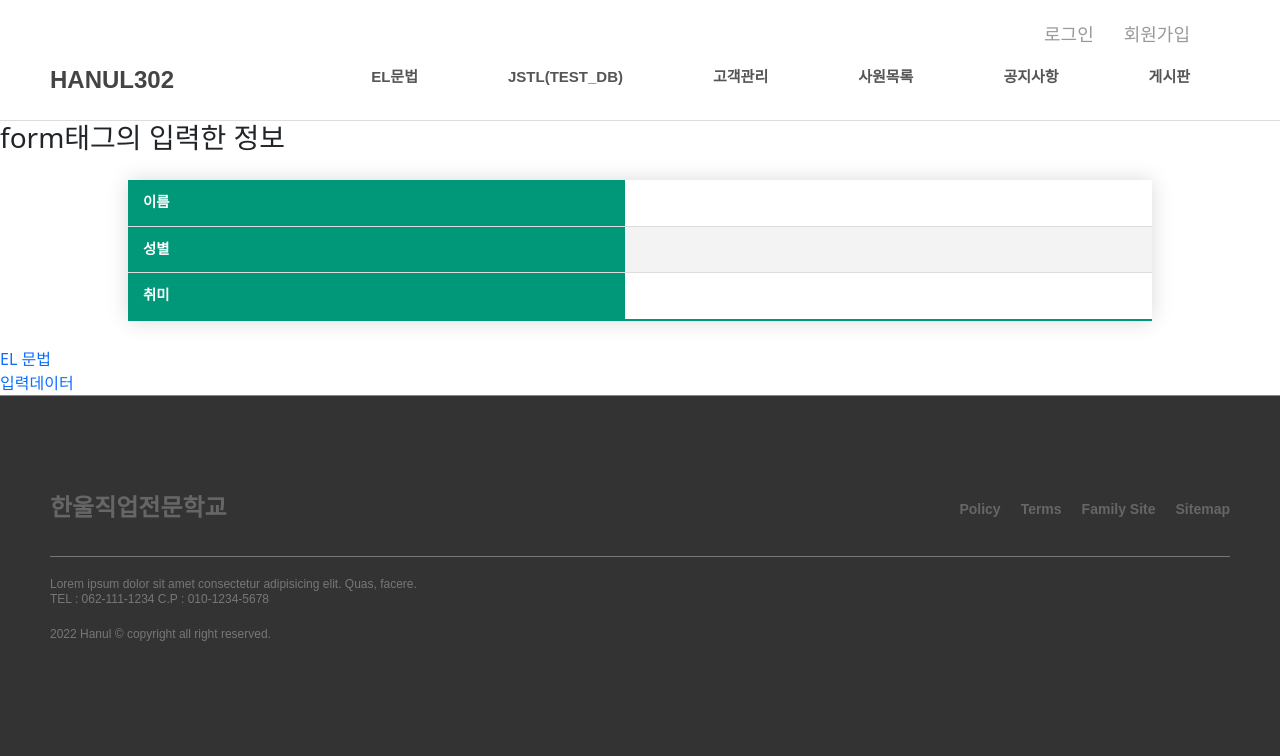
Repository: Xeyeong/servlet
Page: http://localhost/05.MiniProject/el/form_info.jsp
The author's editor kept a copy of each file at every save. The page is drawn from the files as they stood at one save, then again after a run of saves.
The browser window is 1280 px wide. The pictures show the whole page.
Some web libraries are served in a nearby version. The page is served by Tomcat 9. Other server files are loaded and not shown.

Above is the page before, as saved 2022-09-20 02:36:32.

### 05.MiniProject/src/main/webapp/el/form_info.jsp
<%@ page language="java" contentType="text/html; charset=UTF-8"
    pageEncoding="UTF-8"%>
<%request.setCharacterEncoding("utf-8"); %>
<!DOCTYPE html>
<html>
<head>
<meta charset="UTF-8">
<title>Insert title here</title>
</head>
<body>
<jsp:include page="/include/header.jsp"/>
	<h3>form태그의 입력한 정보</h3>
<table class="styled-table">
		<tr>
			<th class="w-px1400">이름</th>
			<td>${param.name }</td>
		</tr>
		<tr>
		<th>성별</th>
			<td>${param.gender }</td>
			<td></td>
		</tr>
		<tr>
			<th>취미</th>
			<td>${paramValues.hobby[0]}</td>
		</tr>
</table>

<div><a href="list.el">EL 문법</a></div>
<div><a href="form.el">입력데이터</a></div>
<jsp:include page="/include/footer.jsp"/>
</body>
</html>

### 05.MiniProject/src/main/webapp/include/header.jsp
<%@ page language="java" contentType="text/html; charset=UTF-8"
    pageEncoding="UTF-8"%>
<!DOCTYPE html>
<html>
<head>
<meta charset="UTF-8">
<meta http-equiv="X-UA-Compatible" content="IE=CHROME">
<meta name="viewport" content="width=device-width, initial-scale=1.0">
<title>실습용 테마</title>
<link rel="icon" href="favicon.ico" type="image/x-icon">
<script src="https://kit.fontawesome.com/c47106c6a7.js"
	crossorigin="anonymous"></script>
<link rel="stylesheet" href="css/style.css?<%=new java.util.Date()%>">
<link rel="stylesheet" href="css/common.css?<%=new java.util.Date()%>">
<script src="js/ie.js"></script>
<link
	href="https://cdn.jsdelivr.net/npm/bootstrap@5.2.0-beta1/dist/css/bootstrap.min.css"
	rel="stylesheet"
	integrity="sha384-0evHe/X+R7YkIZDRvuzKMRqM+OrBnVFBL6DOitfPri4tjfHxaWutUpFmBp4vmVor"
	crossorigin="anonymous">
<script
	src="https://cdn.jsdelivr.net/npm/bootstrap@5.2.0-beta1/dist/js/bootstrap.bundle.min.js"
	integrity="sha384-pprn3073KE6tl6bjs2QrFaJGz5/SUsLqktiwsUTF55Jfv3qYSDhgCecCxMW52nD2"
	crossorigin="anonymous"></script>
<script src="https://code.jquery.com/jquery-3.6.0.min.js"></script>
</head>
<body>
	<header>
		<div class="inner">
			<h1>
				<a href="#">HANUL302</a>
			</h1>
			<ul id="gnb">
				<li><a href="list.el">EL문법</a></li>
				<li><a href="list.te">JSTL(TEST_DB)</a></li>
				<li><a href="list.cu">고객관리</a></li>
				<li><a href="#">사원목록</a></li>
				<li><a href="#">공지사항</a></li>
				<li><a href="#">게시판</a></li>
			</ul>



			<ul class="util">
				<li><a href="#">로그인</a></li>
				<li><a href="#">회원가입</a></li>
			</ul>

		</div>

	</header>
</body>
</html>

### 05.MiniProject/src/main/webapp/include/footer.jsp
<%@ page language="java" contentType="text/html; charset=UTF-8"
    pageEncoding="UTF-8"%>
<footer>
		<div class="inner">
			<div class="upper">
				<h1>한울직업전문학교</h1>
				<ul>
					<li><a href="#">Policy</a></li>
					<li><a href="#">Terms</a></li>
					<li><a href="#">Family Site</a></li>
					<li><a href="#">Sitemap</a></li>
				</ul>
			</div>
			<div class="lower">
				<address>
					Lorem ipsum dolor sit amet consectetur adipisicing elit. Quas,
					facere.<br> TEL : 062-111-1234 C.P : 010-1234-5678
				</address>
				<p>2022 Hanul &copy; copyright all right reserved.</p>
			</div>
		</div>
</footer>

### 05.MiniProject/src/main/webapp/css/style.css
@charset 'utf-8';


* {
	margin: 0px;
	padding: 0px;
	box-sizing: border-box;
}
ul,
ol {
	list-style: none;
}
a {
	text-decoration: none;
}

/* header */
header {
	width: 100%;
	border-bottom: 1px solid #ddd;
}
header .inner {
	width: 1180px;
	height: 120px;
	margin: 0px auto;
	position: relative; /*자식 absolute 요소의 기준점 설정*/
}
header .inner h1 {
	position: absolute;
	left: 0px;
	bottom: 15px;
}
header .inner h1 a {
	font: bold 24px/1 "arial";
	color: #444;
}
header .inner .util {
	position: absolute;
	top: 20px;
	right: 30px;
}
header .inner .util li {
	float: left;
}
header .inner .util li a {
	display: block;
	font: 18px "arial";
	color: #999;
	padding: 0px 10px;
}
header .inner #gnb {
	position: absolute;
	bottom: 0px;
	right: 0px;
}
header .inner #gnb li {
	float: left;
}
header .inner #gnb li a {
	display: block; /*인라인 요소는 block설정하여 크기를 조절가능*/
	font: bold 15px/1 "arial";
	color: #555;
	padding: 20px 40px;
	transition: all 0.5s;
}
header .inner #gnb li a:hover {
	background: #555;
	color: #fff;
}
figure {
	width: 100%;
	height: calc(100vh - 120px); /*전체 브라우저 높이에서 120px만큼 빼줌*/
	background: #000;
	position: relative;
	overflow: hidden;
	padding-top: 250px;
}
figure video {
	object-fit: cover; /*영상을 figure안쪽에 꽉 차도록 설정*/
	width: 100%;
	height: 100%;
	opacity: 0.3;
	position: absolute;
	top: 0px;
	left: 0px;
}
figure .inner {
	width: 1180px;
	margin: 0px auto;
	position: relative;
}
figure .inner h1 {
	font: normal 120px/1 "arial";
	color: #fff;
	margin-bottom: 20px;
}
figure .inner p {
	font: 16px/1.4 "arial";
	color: #888;
	margin-bottom: 60px;
}
figure .inner a {
	display: block;
	width: 400px;
	height: 30px;
	border: 1px solid #bbb;
	font: bold 11px/30px "arial";
	color: #fff;
	text-align: center;
	letter-spacing: 1px;
	transition: all 0.5s;
}
figure .inner a:hover {
	background: #fff;
	color: #555;
}
/* news */
section {
	width: 100%;
	padding: 200px 0px;
}
section .inner {
	width: 1180px;
	margin: 0px auto;
}
section .inner h1 {
	font: bold 24px/1 "arial";
	color: #555;
	text-align: center;
	margin-bottom: 50px;
}
section .inner .wrap {
	width: 100%;
}
section .inner .wrap::after {
	/*자식 요소인 article의 float해제*/
	content: "";
	display: block;
	clear: both;
}
section .inner .wrap article {
	width: 32%;
	float: left;
	margin-right: 20px;
}
section .inner .wrap article:last-child {
	/*제일 오른쪽 마지막 요소만 여백제거*/
	margin-right: 0px;
}
section .inner .wrap article h2 {
	margin-bottom: 10px;
}
section .inner .wrap article h2 a {
	font: bold 16px/1 "arial";
	color: #555;
}
section .inner .wrap article p {
	font: 14px/1.4 "arial";
	color: #777;
}
section .inner .wrap article .pic {
	width: 100%;
	height: 120px;
	background: #333;
	margin-bottom: 15px;
	position: relative;
	overflow: hidden;
}
section .inner .wrap article .pic img {
	object-fit: cover; /*pic프레임안에 이미지 꽉 채움*/
	width: 100%;
	height: 100%;
}
/* footer */
footer {
	width: 100%;
	background: #333;
	padding: 100px 0px;
	border-top: 1px solid #888;
}
footer .inner {
	width: 1180px;
	margin: 0px auto;
}
footer .inner .upper {
	width: 100%;
	border-bottom: 1px solid #777;
	padding-bottom: 20px;
}
footer .inner .upper::after {
	/*상단 영역 float해제*/
	content: "";
	display: block;
	clear: both;
}
footer .inner .upper h1 {
	float: left;
	font: bold 24px/1 "arial";
	color: #666;
}
footer .inner .upper ul {
	float: right;
}
footer .inner .upper ul li {
	float: left;
	margin-left: 20px;
}
footer .inner .upper ul li a {
	font: bold 14px/1 "arial";
	color: #666;
}
footer .inner .lower {
	width: 100%;
	padding-top: 20px;
}
footer .inner .lower address {
	width: 100%;
	font: 12px/1.3 "arial";
	color: #777;
	margin-bottom: 20px;
}
footer .inner .lower p {
	width: 100%;
	font: 12px/1 "arial";
	color: #777;
}

.styled-table {
	width: 80%;
    border-collapse: collapse;
    margin: 2% 10% 2% 10% ;
    font-size: 0.9em;
    font-family: sans-serif;
    min-width: 400px;
    box-shadow: 0 0 20px rgba(0, 0, 0, 0.15);

}

.styled-table thead tr {
    background-color: #009879;
    color: #ffffff;
    text-align: left;
}
table th{
	background-color: #6d6b6b!important;  color : #fff;
}
.styled-table th,
.styled-table td {
    padding: 12px 15px;
}

.styled-table tbody tr {
    border-bottom: 1px solid #dddddd;
}

.styled-table tbody tr:nth-of-type(even) {
    background-color: #f3f3f3;
}

.styled-table tbody tr:last-of-type {
    border-bottom: 2px solid #009879;
}

.styled-table tbody tr.active-row {
    font-weight: bold;
    color: #009879;
}



.styled-table {
	width: 80%;
    border-collapse: collapse;
    margin: 2% 10% 2% 10%;
    font-size: 0.9em;
    font-family: sans-serif;
    min-width: 400px;
    box-shadow: 0 0 20px rgba(0, 0, 0, 0.15);
}

.styled-table thead tr {
    background-color: #009879;
    color: #ffffff;
    text-align: left;
}

.styled-table th,
.styled-table td {
    padding: 12px 15px;
}

.styled-table tbody tr {
    border-bottom: 1px solid #dddddd;
}

.styled-table tbody tr:nth-of-type(even) {
    background-color: #f3f3f3;
}

.styled-table tbody tr:last-of-type {
    border-bottom: 2px solid #009879;
}

.styled-table tbody tr.active-row {
    font-weight: bold;
    color: #009879;
}
.list-top{
	width: 80%;
	margin: 2% 10%;
}
input[ type=button ] {
	padding : 2px 10px
}

input[ type=submit ]{
	padding: 2px 10px
}
label:not(:last-child) {
	margin-right: 30px
}

### 05.MiniProject/src/main/webapp/css/common.css
@charset "UTF-8";

ul {
	list-style-type: none;
	align-items: center;
	padding: 0;
}

.center {
	position: absolute;
	left: 50%;
	top: calc(120px + 50%);
	transform: translate(-50%, -50%);
}

.list-top {
	display: flex;
	justify-content: space-between;
}

.list-top ul {
	display: flex;
}

table.tb-list th, table.tb-list td {
	border: 1px solid #b0b0b0;
}

.list-top {
	width: 80%;
	margin: 2% 10%
}

input[type=button], input[type=submit] {
	padding: 2px 10px
}

table th {
	background-color: #009879 !important;
	color: #fff;
}

label:not(:last-child) {
	margin-right: 30px
}

.btnSet {
	margin: 20px auto;
	width: 80%;
}

.btnSet a:not(:last-child) {
	margin-right: 5px
}

a {
	text-decoration: none !important;
}

a.btn-fill, a.btn-empty {
	height: 28px;
	padding: 3px 15px;
	border: 1px solid #009879;
	border-radius: 3px;
}

a.btn-fill {
	background-color: #009879;
	color: #fff;
}

a.btn-empty {
	color: #009879;
}

input {
	padding: 0 10px;
}

input:focus {
	outline: none !important;
	border-color: #009879;
}

.tb-wrap {
	overflow: auto;
	margin: 20px auto;
	height: 500px;
	width: 80%;
}

.tb-wrap table {
	width: 100%;
	margin: 0;
}

header ul li:not(:first-child) {
	margin-left: 10px
}

.valid {
	color: green;
	font-size: 14px;
	font-weight: bold;
}

.invalid {
	color: red;
	font-size: 14px;
	font-weight: bold;
}

.font {
	font-size: 18px;
}

#delete {
	display: none;
}

.w-px40 {
	width: 40px
}

.w-px60 {
	width: 60px
}

.w-px80 {
	width: 80px
}

.w-px100 {
	width: 100px
}

.w-px120 {
	width: 120px
}

.w-px140 {
	width: 140px
}

.w-px160 {
	width: 160px
}

.w-px180 {
	width: 180px
}

.w-px200 {
	width: 200px
}

.w-px220 {
	width: 220px
}

.w-px250 {
	width: 250px
}

.w-px300 {
	width: 300px
}

Loaded but not shown: 05.MiniProject/src/main/webapp/js/ie.js (common file)

After the next 2 saves:
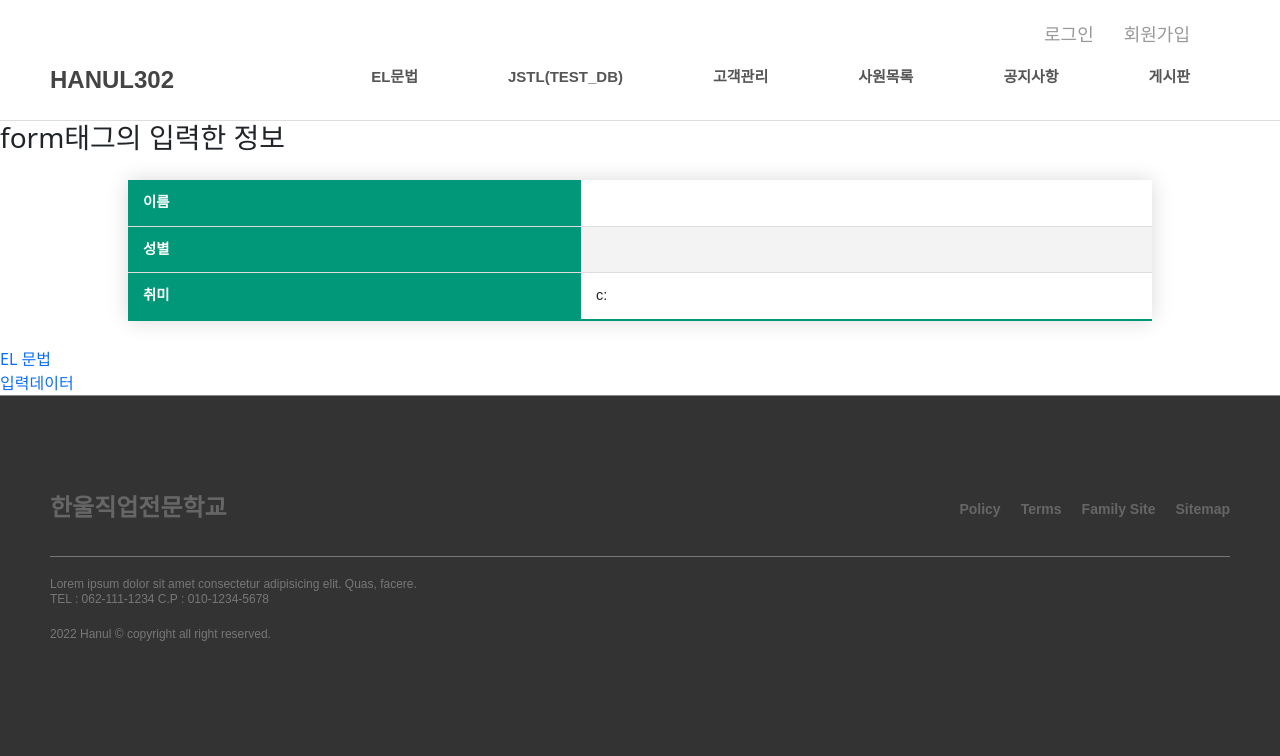
The 2 saves are shown as one change because 1 did not build or start.
The last was saved 96 s later.
--- a/05.MiniProject/src/main/webapp/el/form_info.jsp
+++ b/05.MiniProject/src/main/webapp/el/form_info.jsp
@@ -1,5 +1,6 @@
 <%@ page language="java" contentType="text/html; charset=UTF-8"
     pageEncoding="UTF-8"%>
+<%@ taglib uri="http://java.sun.com/jsp/jstl/core" prefix="c" %>
 <%request.setCharacterEncoding("utf-8"); %>
 <!DOCTYPE html>
 <html>
@@ -22,7 +23,10 @@
 		</tr>
 		<tr>
 			<th>취미</th>
-			<td>${paramValues.hobby[0]}</td>
+			<td>${paramValues.hobby[0]}
+				c:
+
+			</td>
 		</tr>
 </table>
 
